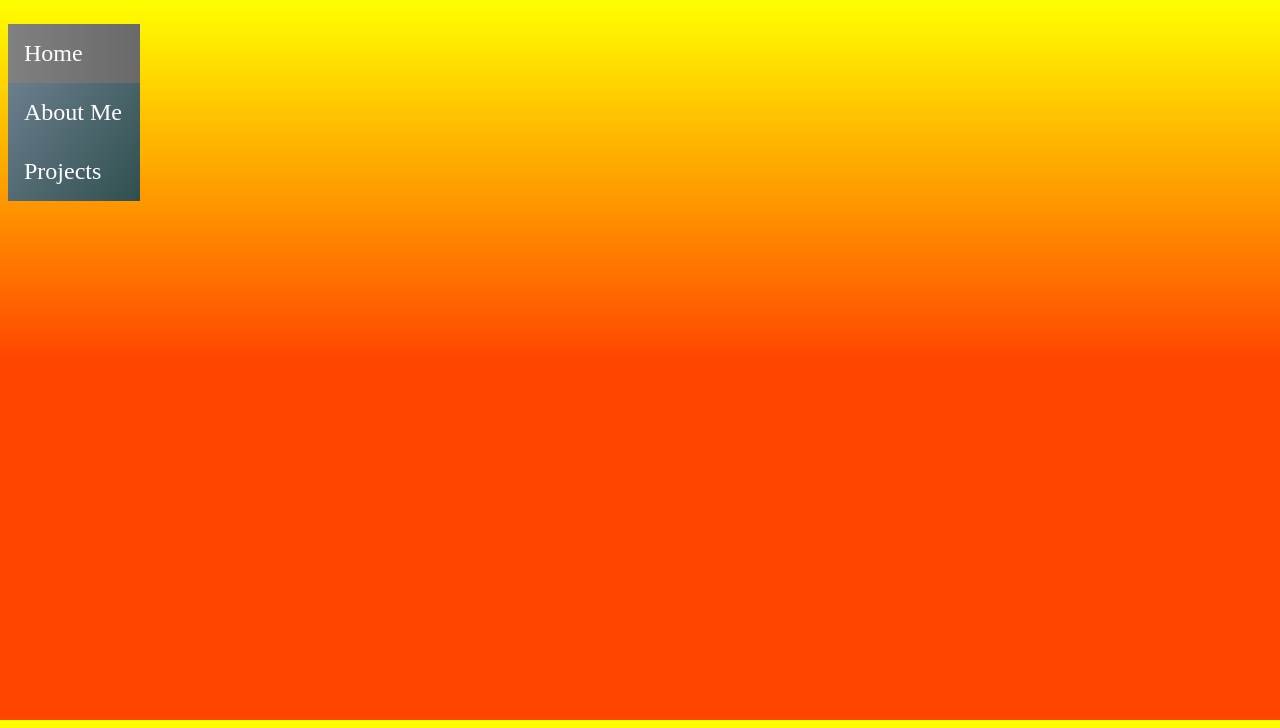
Repository: brody-toth/brody-toth.github.io
Page: home.html
The author's editor kept a record of every edit. The page is drawn from the files as they stood at one moment, then again after the next edit.
The browser window is 1280 px wide. The pictures show the whole page.

Above is the page before.

### home.html
<!DOCTYPE html>
<html>

  <head>
    <title>Home</title>
    <link rel="stylesheet" href="style.css" type="text/css">
  </head>

  <body>

    <ul class="navbar">
      <li class="active"><a href="home.html">Home</a></li>
      <li><a href="about-me.html">About Me</a></li>
      <li class = "dropdown">
        <div>Projects</div>
        <ul class="dropdown-content">
          <li><a href="project1.html">Project 1</a></li>
          <li><a href="project2.html">Project 2</a></li>
          <li><a href="project3.html">Project 3</a></li>
        </ul>
      </li>
    </ul>

  </body>

</html>

### style.css
html, body{
    height: 100%;
}

body{
    background-image: linear-gradient(to bottom, yellow, orangered 50%);
}

.navbar{
    list-style: none;
    background-image: linear-gradient(to bottom right, lightslategray, darkslategray);
    width: 132px;
    overflow: hidden;
    float: left;
    padding: 0;
}
.navbar a, .dropdown div{
    text-decoration: none;
    color: white;
    font-size: 24px;
    padding: 16px;
    display: inline-block;
}
.navbar div{
    width: 135px;
}
.navbar li:hover{
    background-color: slategray;
}
.dropdown-content{
    list-style: none;
    padding: 0;
    display: none;
    position: absolute;
    z-index: 2;
    background-image: linear-gradient(to bottom right, lightslategray, darkslategray);
}
.dropdown:hover .dropdown-content{
    display: block;
}
.active{
    background-image: linear-gradient(to right, gray, dimgray)
}

#header{
    text-align: left;
    padding-left: 45.5%;
    font-family: "Lucida Sans Unicode", "Lucida Grande", sans-serif;
    font-size: 64px;
    margin-top: 0;
}
#header1{
    text-align: left;
    padding-left: 42.5%;
    font-family: "Lucida Sans Unicode", "Lucida Grande", sans-serif;
    font-size: 64px;
    margin-top: 0;
}
#header2{
    text-align: left;
    padding-left: 43.5%;
    font-family: "Lucida Sans Unicode", "Lucida Grande", sans-serif;
    font-size: 64px;
    margin-top: 0;
}

After the next edit:
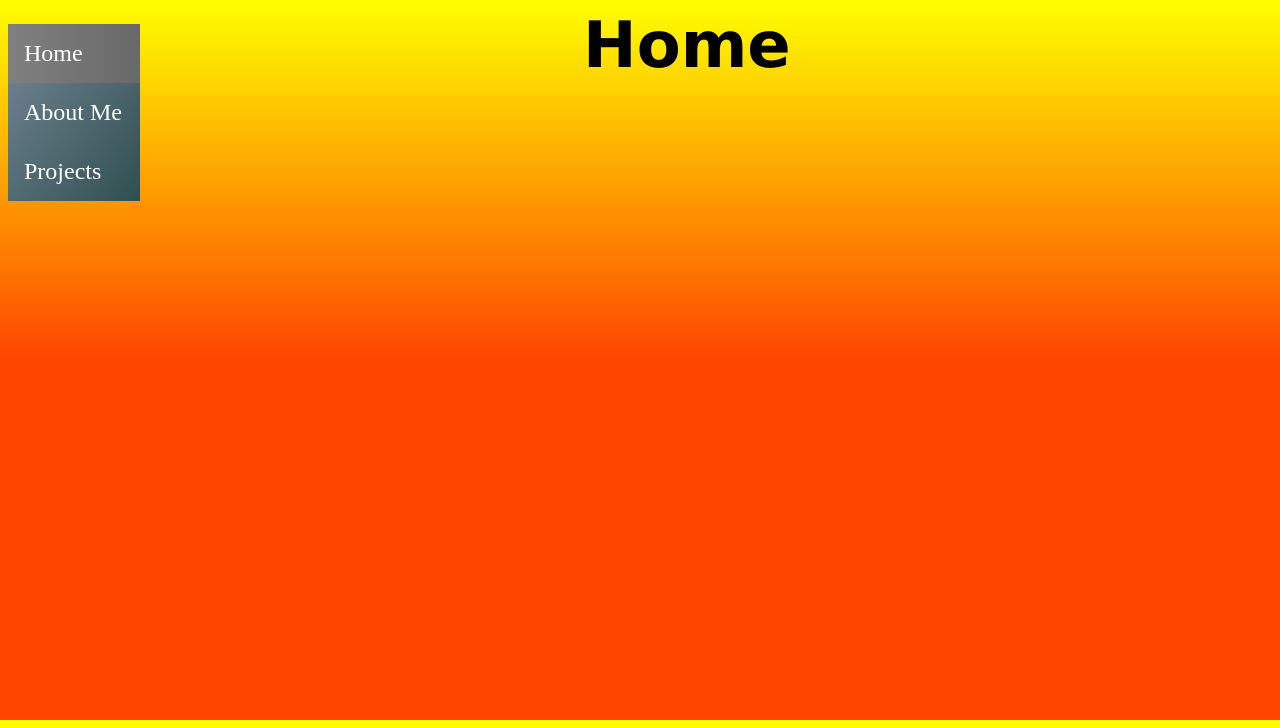
The edit:
--- a/home.html
+++ b/home.html
@@ -21,6 +21,8 @@
       </li>
     </ul>
 
+    <h1 id="header">Home</h1>
+
   </body>
 
 </html>
